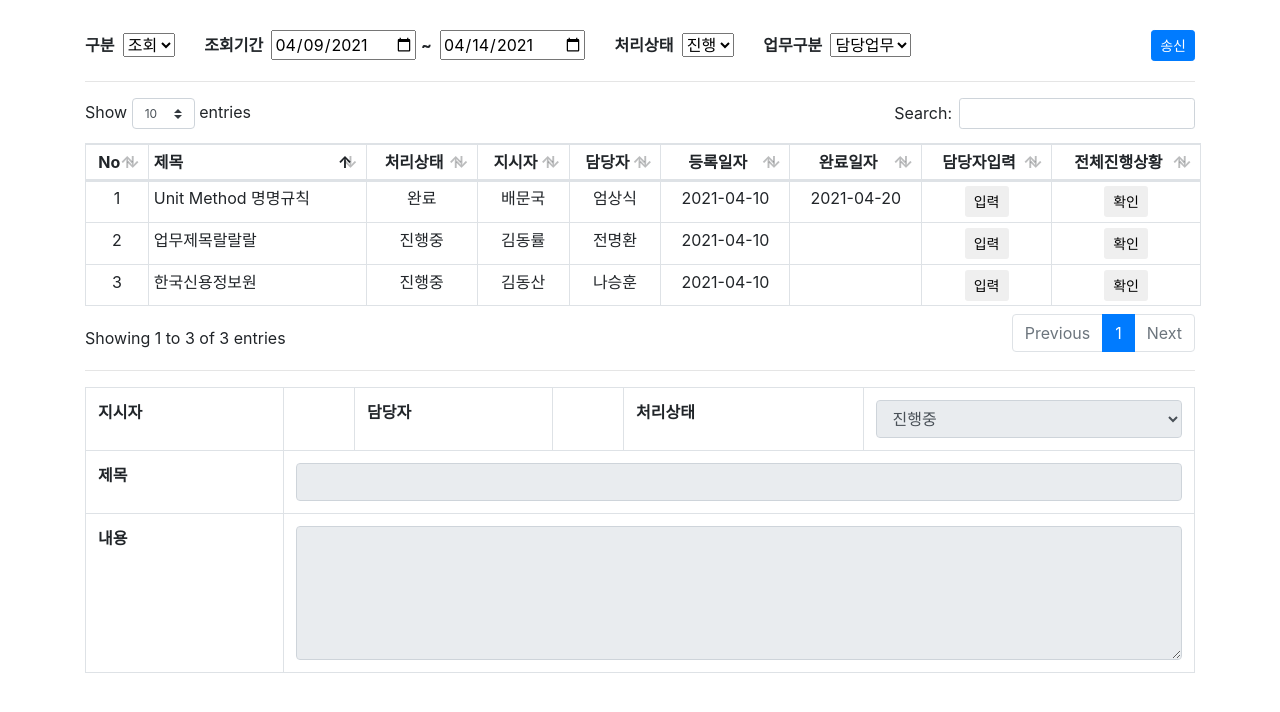
Repository: jungtaeyong/FSB_Project
Page: http://localhost/FsbJobMgt/main.jsp
The author's editor kept a copy of each file at every save. The page is drawn from the files as they stood at one save, then again after the next save.
The browser window is 1280 px wide. The pictures show the whole page.
The page is served by Tomcat 9.

Above is the page before, as saved 2021-04-15 08:42:03.

After the next save:
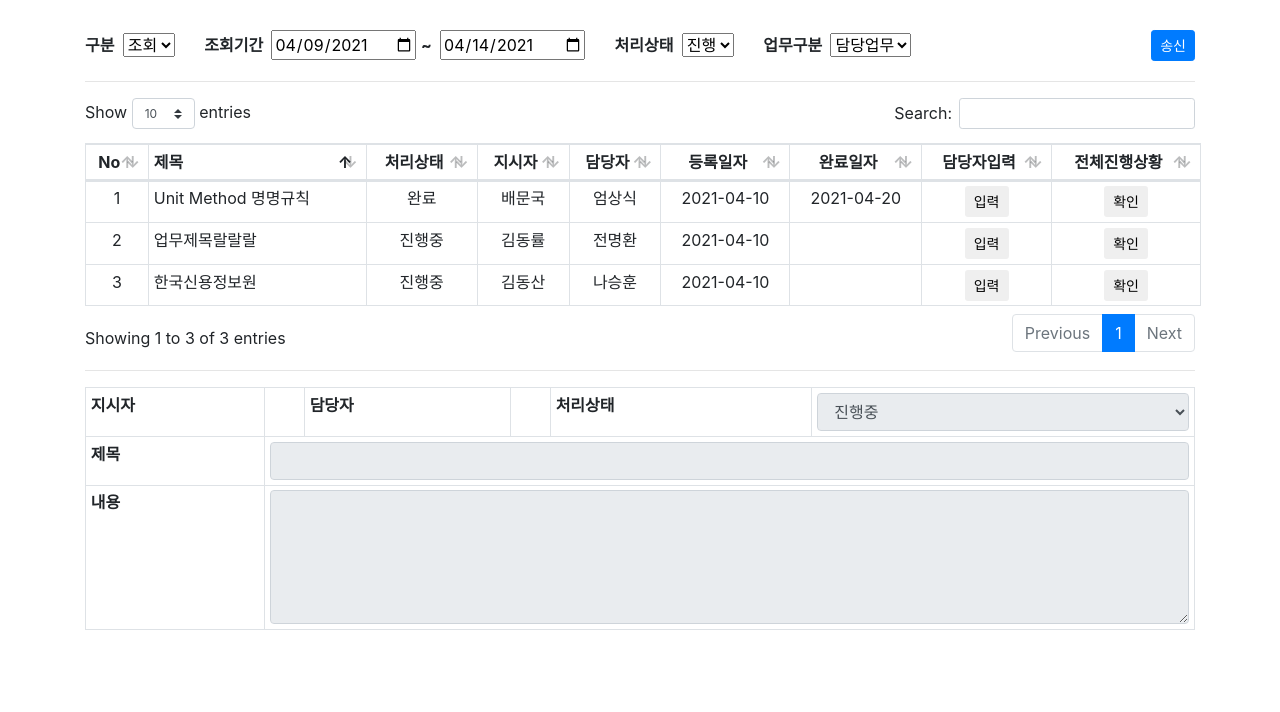
Saved 2 min 24 s later.
--- a/FsbJobMgt/WebContent/main.jsp
+++ b/FsbJobMgt/WebContent/main.jsp
@@ -261,7 +261,7 @@ function updateJob(){
 	<hr/>
 	<!-- 상세 -->
 	<div>
-		<table class="table table-bordered display">
+		<table class="table table-sm table-bordered display">
 			<tr>
 				<th>지시자</th>
 				<td id="BZWR_INDC_CHGR"></td>
